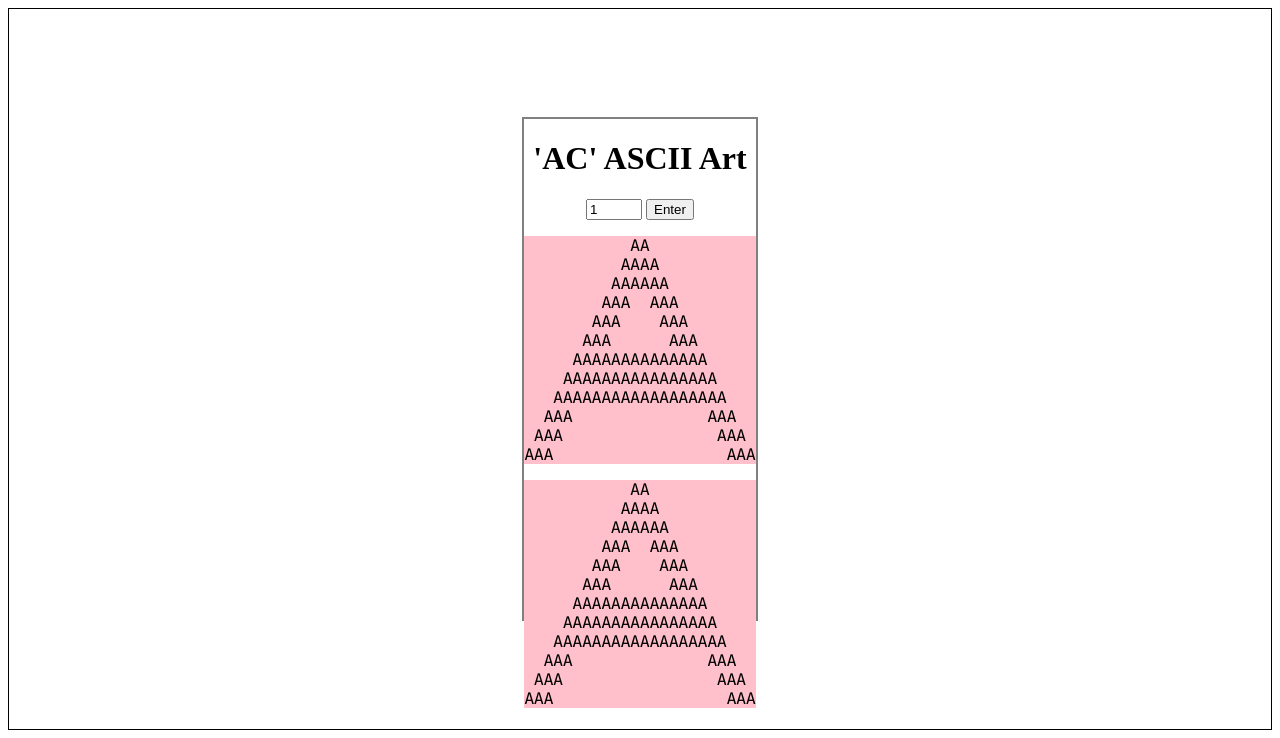
Repository: Achorn/ascii-art
Page: index.html
The author's editor kept a copy of each file at every save. The page is drawn from the files as they stood at one save, then again after the next save.
The browser window is 1280 px wide. The pictures show the whole page.

Above is the page before, as saved 2021-08-09 17:43:35.

### index.html
<!DOCTYPE html>
<html lang="en">
  <head>
    <link rel="stylesheet" href="styles.css" />
    <meta charset="UTF-8" />
    <meta http-equiv="X-UA-Compatible" content="IE=edge" />
    <meta name="viewport" content="width=device-width, initial-scale=1.0" />
    <title>Document</title>
  </head>
  <body>
    <form>
      <h1>'AC' ASCII Art</h1>
      <input type="number" min="1" value="1" max="10" />
      <button>Enter</button>
      <div id="ascii-container">
        <div id="a-container">
          <p id="mono-a" style="font-family: 'Lucida Console', monospace"></p>
        </div>
        <div id="c-container">
          <p id="mono-c" style="font-family: 'Lucida Console', monospace"></p>
        </div>
      </div>
    </form>
    <script type="text/javascript" src="myscripts.js"></script>
  </body>
</html>

### styles.css
body {
  border: 1px solid black;
  display: flex;
  flex-direction: column;
  justify-content: center;
  align-items: center;
  height: 100vh;
}

form {
  border: 2px solid grey;
  height: 500px;
  /* width: 400px; */
  text-align: center;
}

.ascii-container {
  display: flex;
  flex-direction: row;
  border-radius: 3px solid black;
}

#a-container {
  background-color: pink;
}
#c-container {
  background-color: pink;
}
#mono-a {
  /* font-size: 25.5vw; */

  white-space: pre;
}
#mono-c {
  white-space: pre;
}

### myscripts.js
let four = [
  [" ", " ", " ", "A"],
  [" ", " ", "A", " "],
  [" ", "A", "A", "A"],
  ["A", " ", " ", " "],
];

let eight = [
  [
    " ",
    " ",
    " ",
    " ",
    " ",
    " ",
    " ",
    "A",
    "A",
    " ",
    " ",
    " ",
    " ",
    " ",
    " ",
    " ",
  ],
  [
    " ",
    " ",
    " ",
    " ",
    " ",
    " ",
    "A",
    "A",
    "A",
    "A",
    " ",
    " ",
    " ",
    " ",
    " ",
    " ",
  ],
  [
    " ",
    " ",
    " ",
    " ",
    " ",
    "A",
    "A",
    " ",
    " ",
    "A",
    "A",
    " ",
    " ",
    " ",
    " ",
    " ",
  ],
  [
    " ",
    " ",
    " ",
    " ",
    "A",
    "A",
    "A",
    "A",
    "A",
    "A",
    "A",
    "A",
    " ",
    " ",
    " ",
    " ",
  ],
  [
    " ",
    " ",
    " ",
    "A",
    "A",
    "A",
    "A",
    "A",
    "A",
    "A",
    "A",
    "A",
    "A",
    " ",
    " ",
    " ",
  ],
  [
    " ",
    " ",
    "A",
    "A",
    " ",
    " ",
    " ",
    " ",
    " ",
    " ",
    " ",
    " ",
    "A",
    "A",
    " ",
    " ",
  ],
  [
    " ",
    "A",
    "A",
    " ",
    " ",
    " ",
    " ",
    " ",
    " ",
    " ",
    " ",
    " ",
    " ",
    "A",
    "A",
    " ",
  ],
  [
    "A",
    "A",
    " ",
    " ",
    " ",
    " ",
    " ",
    " ",
    " ",
    " ",
    " ",
    " ",
    " ",
    " ",
    "A",
    "A",
  ],
];

function scaleSpread(array, factor) {
  const scaled = [];

  for (const row of array) {
    let x = [];

    for (const item of row) x.push(...Array(factor).fill(item));

    scaled.push(...Array(factor).fill(x));
  }

  return scaled;
}
let sixteen = scaleSpread(eight, 2);

function arrToString(arr) {
  let string = "";
  for (let i = 0; i < arr.length; i++) {
    string += arr[i].join("") + "<br>";
  }
  return string;
}

function halfArrToString(arr) {
  let string = "";
  for (let i = 0; i < arr.length; i++) {
    string += arr[i].join("");
    let rev = arr[i].slice();
    string += rev.reverse().join("");
    string += "<br>";
  }
  return string;
}
function trimA(arr, lWidth) {
  for (i = 0; i < arr.length; i++) {
    let disp = lWidth - (i % lWidth) - 1;
    let newArr = arr[i].slice();
    for (let j = 0; j < disp; j++) {
      newArr.pop();
      newArr.unshift(" ");
    }
    arr[i] = newArr;
  }
}

let monoA = document.getElementById("mono-a");
let monoC = document.getElementById("mono-c");
let scale = 3;
let scaled = scaleSpread(four, scale);
trimA(scaled, scale);

// mono.innerHTML = halfArrToString(scaleSpread(four, 7));
monoA.innerHTML = halfArrToString(scaled);
monoC.innerHTML = halfArrToString(scaled);
// mono.innerHTML += arrToString(scaleSpread(eight, 1));

After the next save:
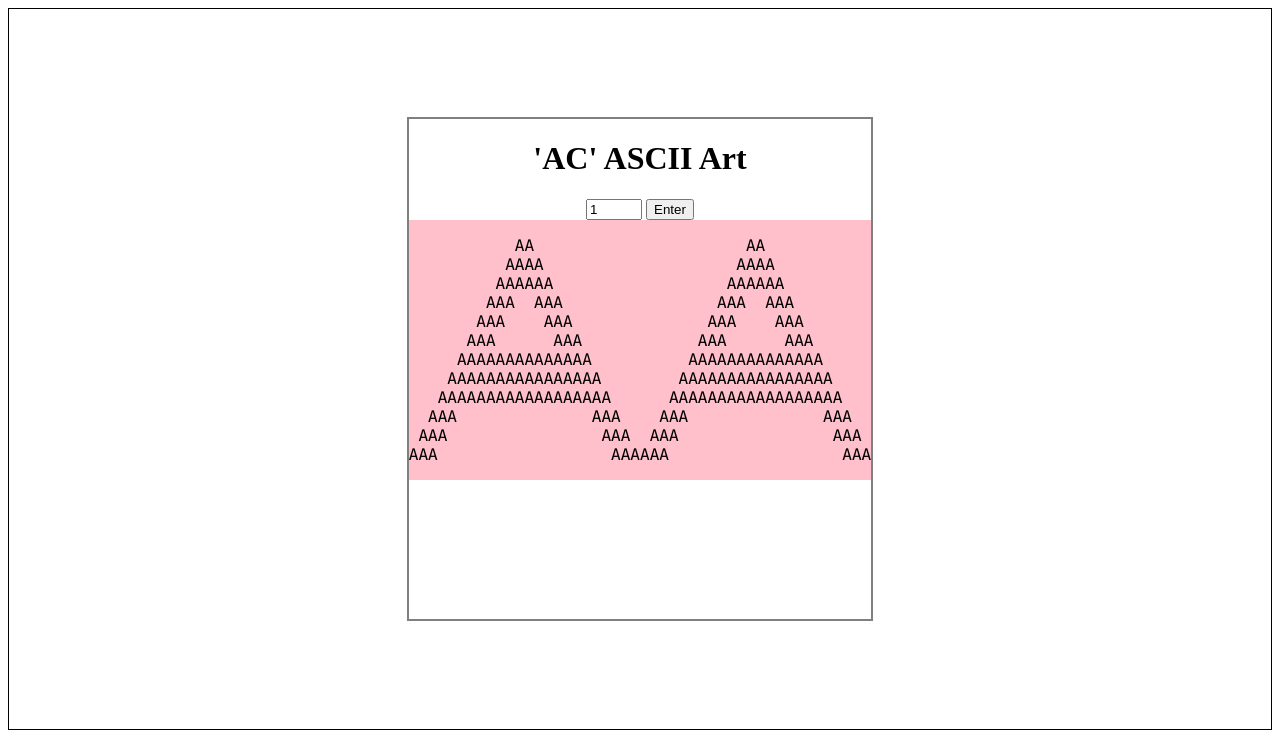
Saved 5 s later.
--- a/styles.css
+++ b/styles.css
@@ -14,7 +14,7 @@ form {
   text-align: center;
 }
 
-.ascii-container {
+#ascii-container {
   display: flex;
   flex-direction: row;
   border-radius: 3px solid black;
